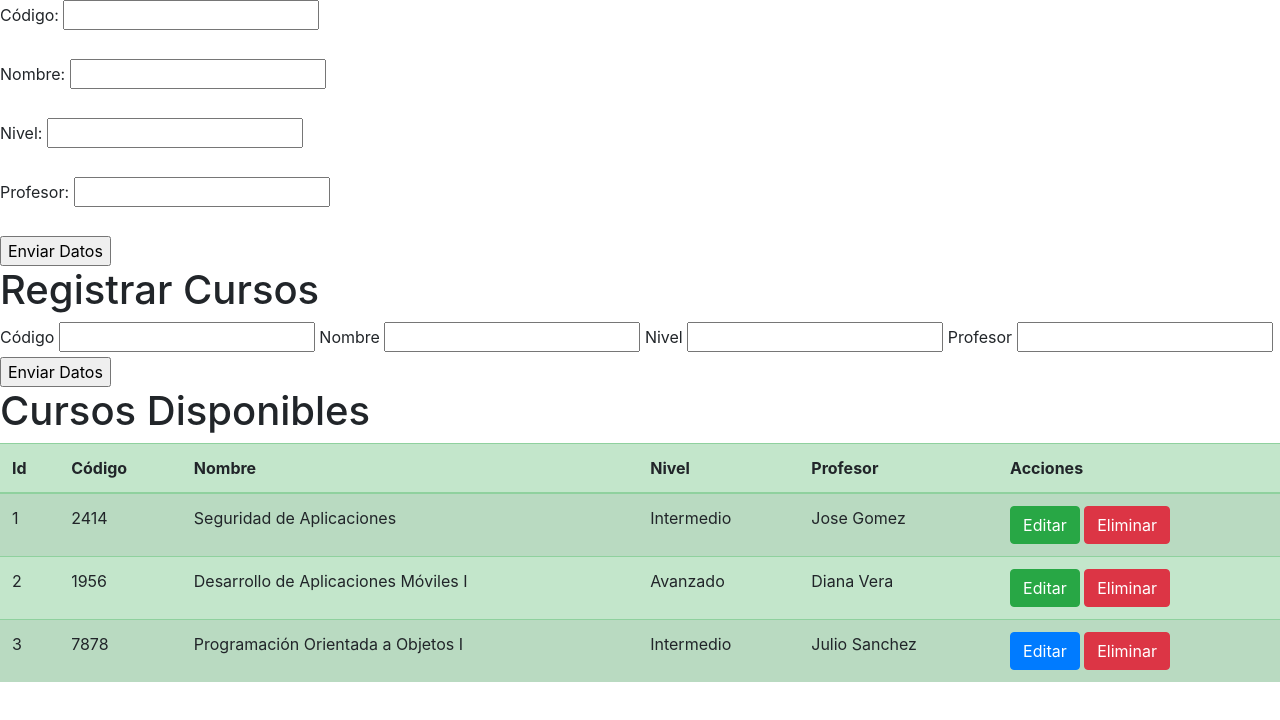
Repository: LuisCondori98/LP1-CIB
Page: http://localhost/Clase-01/demo.jsp
These files come from the project's save history. The page is drawn as it stood at one moment and after the next save; the edit follows.
The browser window is 1280 px wide. The pictures show the whole page.
The page is served by Tomcat 9.

Above is the page before, as saved 2025-01-11 15:16:59.

After the next save:
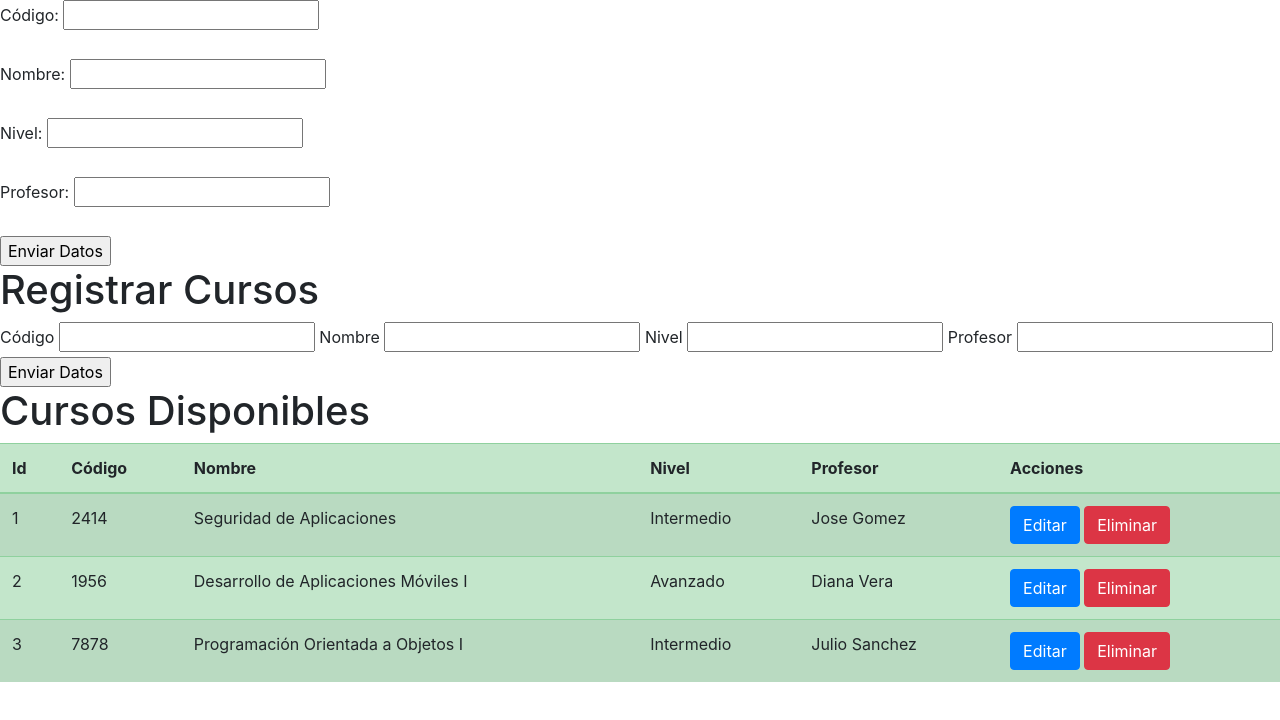
Saved 6 s later.
--- a/Clase-01/src/main/webapp/demo.jsp
+++ b/Clase-01/src/main/webapp/demo.jsp
@@ -119,7 +119,7 @@
 
                 <td class="acciones">
 
-                    <button class="btn btn-success">Editar</button>
+                    <button class="btn btn-primary">Editar</button>
 
                     <button class="btn btn-danger">Eliminar</button>
 
@@ -141,7 +141,7 @@
 
                 <td class="acciones">
 
-                    <button class="btn btn-success">Editar</button>
+                    <button class="btn btn-primary">Editar</button>
 
                     <button class="btn btn-danger">Eliminar</button>
 
